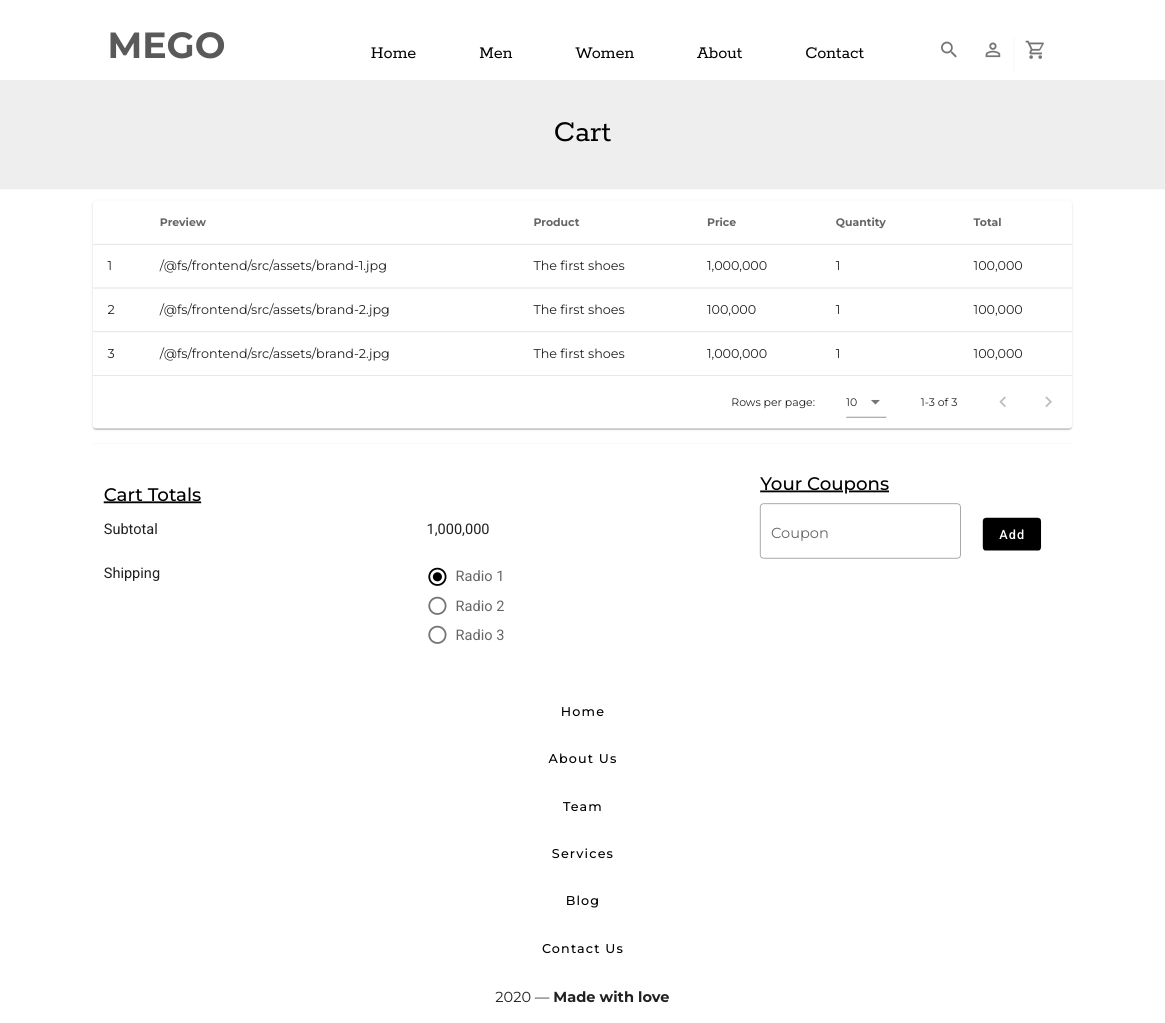
Repository: nguyenphuong152/shoesstore
Page: /cart (app in frontend/)
The author's editor kept a copy of each file at every save. The page is drawn from the files as they stood at one save, then again after the next save.
The browser window is 1280 px wide. The pictures show the whole page, at 91% of full size.
The project was rebuilt for these pictures with package versions that can differ from the ones it lists, and the page was loaded fresh each time. Also part of the build but not shown: frontend/vue.config.js, frontend/src/components/Customer/Collection.vue, frontend/src/components/Customer/Banner.vue, frontend/src/components/Customer/BestSeller.vue, frontend/src/components/Customer/Partner.vue, frontend/src/views/Customer/Home.vue, frontend/src/components/Customer/ProductCategory.vue, frontend/src/components/Customer/ProductView.vue and 10 more. Imported but missing from the stored project, and not drawn on this page: frontend/src/views/Admin/Category.vue, frontend/src/views/Admin/ManageProduct.vue, frontend/src/views/Admin/ManageUser.vue, frontend/src/views/Admin/OrderList.vue.

Above is the page before, as saved 2020-11-28 20:31:31.

### frontend/public/index.html
<!DOCTYPE html>
<html lang="en">
  <head>
    <meta charset="utf-8">
    <head>
      <title>MEGO</title>
    </head>
    <meta http-equiv="X-UA-Compatible" content="IE=edge">
    <meta name="viewport" content="width=device-width,initial-scale=1.0">
    <link rel="icon" href="<%= BASE_URL %>favicon.ico">
    <title><%= htmlWebpackPlugin.options.title %></title>
    <link href="https://fonts.googleapis.com/css?family=Montserrat:300,400,500,600,700" rel="stylesheet">
    <link href="https://fonts.googleapis.com/css?family=Rokkitt:100,300,400,700" rel="stylesheet">
    <link rel="stylesheet" href="https://fonts.googleapis.com/css?family=Roboto:100,300,400,500,700,900">
    <link rel="stylesheet" href="https://cdn.jsdelivr.net/npm/@mdi/font@latest/css/materialdesignicons.min.css">
  </head>
  <body>
    <noscript>
      <strong>We're sorry but <%= htmlWebpackPlugin.options.title %> doesn't work properly without JavaScript enabled. Please enable it to continue.</strong>
    </noscript>
    <div id="app"></div>
    <!-- built files will be auto injected -->
  </body>
</html>

### frontend/src/main.js
import Vue from 'vue'
import App from './App.vue'
import vuetify from './plugins/vuetify';
import router from './router'
import '../sass/style.scss'
import 'bootstrap/dist/css/bootstrap.css'
import 'bootstrap-vue/dist/bootstrap-vue.css'
import { BootstrapVue, IconsPlugin } from 'bootstrap-vue'

Vue.use(BootstrapVue)
// Optionally install the BootstrapVue icon components plugin
Vue.use(IconsPlugin)
Vue.config.productionTip = false

new Vue({
  vuetify,
  router,
  render: h => h(App)
}).$mount('#app')

### frontend/src/App.vue
<template>
  <v-app app>
    <v-container v-if="!['Admin', 'Banner', 'Category','Product','ManageUser','OrderList','Dashboard'].includes($route.name)">
      <Toolbar />
    </v-container>
    <v-main>
      <router-view></router-view>
    </v-main>
      <Footer v-if="!['Admin', 'Banner', 'Category','Product','ManageUser','OrderList','Dashboard'].includes($route.name)"/>
  </v-app>

</template>

<script>

import Footer from "./components/Customer/Footer";
import Toolbar from "./components/Customer/Toolbar";

export default {
  name: "App",

  components: {
    Toolbar,
    Footer
  },

  data: () => ({
    //
  }),
};
</script>

### frontend/src/plugins/vuetify.js
import Vue from 'vue';
import Vuetify from 'vuetify/lib';


Vue.use(Vuetify);

const vuetify = new Vuetify({
    theme: {
      themes: {
        light: {
          primary: '#000',
          secondary: '#b0bec5',
          accent: '#8c9eff',
          error: '#b71c1c',
        },
      },
    },
  })

export default new Vuetify({
    vuetify,
});

### frontend/src/router/index.js
import Vue from "vue";
import VueRouter from "vue-router";
import Home from "../views/Customer/Home.vue";
import Men from "../views/Customer/Men.vue";
import Women from "../views/Customer/Women.vue";
import Admin from "../views/Admin/Admin.vue";
import Product from "../views/Admin/ManageProduct.vue";
import Banner from "../views/Admin/Banner.vue";
import Category from "../views/Admin/Category.vue";
import ManageUser from "../views/Admin/ManageUser.vue";
import OrderList from "../views/Admin/OrderList.vue";
import Dashboard from "../views/Admin/Dashboard.vue"
//import ProductDetail from "../views/ProductDetail.vue"

Vue.use(VueRouter);

const routes = [
  {
    path: "/",
    name: "Home",
    component: Home,
  },
  {
    path: "/men",
    name: "Men",
    component: Men,
  },
  {
    path: "/women",
    name: "Women",
    component: Women,
  },
  {
    path: "/about",
    name: "About",
    // route level code-splitting
    // this generates a separate chunk (about.[hash].js) for this route
    // which is lazy-loaded when the route is visited.
    component: () =>
      import(/* webpackChunkName: "about" */ "../views/Customer/About.vue"),
  },
  {
    path: "/contact",
    name: "Contact",
    component: () =>
      import(/* webpackChunkName: "about" */ "../views/Customer/Contact.vue"),
  },
  {
    path: "/cart",
    name: "Cart",
    component: () =>
      import(/* webpackChunkName: "about" */ "../views/Customer/Cart.vue"),
  },
  {
    path: "/account",
    name: "Account",
    component: () =>
      import(/* webpackChunkName: "about" */ "../views/Customer/Account.vue"),
  },
  {
    path: "/userlogin",
    name: "UserLogin",
    component: () =>
      import(/* webpackChunkName: "about" */ "../views/Customer/UserLogin.vue"),
  },
  {
    path: "/checkout",
    name: "Checkout",
    component: () =>
      import(/* webpackChunkName: "about" */ "../views/Customer/Checkout.vue"),
  },
  {
    path: "/product/:id",
    name: "ProductDetail",
    component: () =>
      import(/* webpackChunkName: "about" */ "../views/Customer/ProductDetail.vue"),
  },
  {
    path: "/admin",
    name: "Admin",
    component: Admin,
    children: [
      {
        path: "/banner",
        name: "Banner",
        component: Banner,
      },
      {
        path: "/category",
        name: "Category",
        component: Category,
      },
      {
        path: "/product",
        name: "Product",
        component: Product,
      },
      {
        path: "/manageuser",
        name: "ManageUser",
        component: ManageUser,
      },
      {
        path: "/orderlist",
        name: "OrderList",
        component: OrderList,
      },
      {
        path: "/dashboard",
        name: "Dashboard",
        component: Dashboard,
      },
    ],
  },
];

const router = new VueRouter({
  mode: "history",
  base: process.env.BASE_URL,
  routes,
});

export default router;

### frontend/sass/style.scss

$font-primary: 'Montserrat',
Arial,
sans-serif;
$font-secondary: 'Rokkitt',
Georgia,
serif;


@import '~vuetify/src/styles/styles.sass';

// Overrides
$grid-gutter-width: 20px !default;
$border-radius-base: 4px !default;
$padding-base-vertical: 14px !default;

$brand-primary: #616161 !default;
$brand-secondary: #88c8bc !default;
$brand-yellow: #FFDD00 !default;
$brand-footer-color: #2C2E3E;

$brand-white: #fff;
$brand-black: #000;
$brand-darker: #444;
$brand-gray: #ccc;
$brand-lighter: #e9e9e9;
$brand-body-color: #e8e8e8;
$brand-selection-color: #f9f6f0;
$brand-overlay-color: #4c4a8a;
$brand-bg-color: $brand-white;

.v-btn {
  text-transform:none !important;
}
// .v-text-field{
//   width: 50px;
//   height: 10px;
// }

#app {
  -webkit-font-smoothing: antialiased;
  -moz-osx-font-smoothing: grayscale;

  text-align: center;
  .container {
    max-width: 1100px;
  }
  font: 300
}

.nav {
  padding-left: 0px;
  a {
    font-size: 20px;
    color: lighten($brand-black,35%);
    font-family: $font-secondary;
    text-decoration: none;
    font-weight: 500;
    &.router-link-exact-active {
      color: #42b983;
    }

  }
}

#logo {
  font-size: 40px;
  font-weight: 700;
  font-family: $font-primary;
  color: lighten($brand-black, 35%);
}


.slogan {
  font-size: 50px;
  color: #2c3e50;
  font-family: $font-secondary;
  text-decoration: none;
}

.title-collection{
  @extend .slogan;
  font-size: 25px;
}


.slogan-3 {
  @extend .slogan;
  font-size: 35px;
}

.title-shoes {
  @extend .slogan;
  font-size: 20px;
}


.footer-text {
  font-family:$font-primary;
  font-size: 16px;
}

.admin {
  font-family: $font-primary;
  font-size:16px;
}

.admin-nav {
  font-family: $font-primary !important;
  font-size: 20px !important;
  color: white !important;
}

### frontend/src/components/Customer/Footer.vue
<template>
  <v-footer class="white" padless>
    <v-row justify="center" no-gutters>
      <v-btn
        v-for="link in links"
        :key="link"
        color="black"
        text
        rounded
        class="my-2 footer-text"
      >
        {{ link }}
      </v-btn>
      <v-col class="white py-4 text-center fluid footer-text" cols="12">
        {{ new Date().getFullYear() }} — <strong>Made with love</strong>
      </v-col>
    </v-row>
  </v-footer>
</template>

<script>
export default {
  data: () => ({
    links: ["Home", "About Us", "Team", "Services", "Blog", "Contact Us"],
  }),
};
</script>

<style></style>

### frontend/src/components/Customer/Toolbar.vue
<template>
  <v-toolbar flat>
    <v-row class="d-flex align-baseline">
      <v-col cols="3" class="d-flex justify-lg-start">
        <v-toolbar-title id="logo">MEGO</v-toolbar-title>
      </v-col>
      <v-col class="d-flex justify-space-around text-start nav">
        <router-link to="/">Home</router-link>
        <router-link to="/men">Men</router-link>
        <router-link to="/women">Women</router-link>
        <router-link to="/about">About</router-link>
        <router-link to="/contact">Contact</router-link>
      </v-col>
      <v-col cols="2" class="d-flex justify-end">
        <v-btn icon>
          <v-icon>mdi-magnify</v-icon>
        </v-btn>
        <v-menu
          open-on-hover
          top
          offset-y
          :position-x="960"
          :position-y="230"
          absolute
        >
          <template v-slot:activator="{ on, attrs }">
            <v-btn icon v-bind="attrs" v-on="on">
              <v-icon>mdi-account-outline</v-icon>
            </v-btn>
          </template>

          <v-list class="text-start nav">
            <v-list-item v-for="(item, index) in routes" :key="index" :to="item.path">
              <v-list-item-title>{{ item.name }}</v-list-item-title>
            </v-list-item>
          </v-list>
        </v-menu>
        <v-divider vertical inset></v-divider>
        <v-btn icon @click="goToCart">
          <v-icon>mdi-cart-outline</v-icon>
        </v-btn>
      </v-col>
    </v-row>
  </v-toolbar>
</template>

<script>
export default {
  data: () => ({
    routes: [
      {
        path:"/checkout",
        name:"Check Out"
       },
       {
        path:"/account",
        name:"My Account"
       },
       {
        path:"/userlogin",
        name:"User Login"
       },

    ],
  }),
  methods: {
     goToCart: function() {
     this.$router.push({name: 'Cart'})
     }
  }
};
</script>

<style></style>

### frontend/src/views/Customer/Cart.vue
<template>
  <div class="cart app">
    <v-sheet color="grey lighten-3" height="120">
      <v-container py-8>
        <a class="slogan-3">Cart</a>
      </v-container>
    </v-sheet>
    <div>
      <v-container>
        <totalProducts />
        <v-divider></v-divider>
        <v-row class="d-flex justify-start">
          <v-col>
            <cartTotals />
          </v-col>
          <v-col cols="4">
            <addCoupons />
          </v-col>
        </v-row>
      </v-container>
    </div>
  </div>
</template>

<script>
import totalProducts from "../../components/Customer/TotalProducts";
import addCoupons from "../../components/Customer/AddCoupon";
import cartTotals from "../../components/Customer/CartTotal";

export default {
  components: { totalProducts, addCoupons, cartTotals },
  data() {},
};
</script>

### frontend/src/components/Customer/TotalProducts.vue
<template>

      <v-data-table :headers="headers" :items="products" class="elevation-1 admin">
        <template v-slot:item.preview>
          <v-img
            lazy-src="item.path"
            max-height="100"
            max-width="100"
            src="'item.path'"
          ></v-img>
        </template>
      </v-data-table>


</template>

<script>
export default {
  data() {
    return {
      headers: [
        {
          text: "",
          align: "start",
          sortable: false,
          value: "id",
        },
        { text: "Preview", value: "path" },
        { text: "Product", value: "name" },
        { text: "Price", value: "price" },
        { text: "Quantity", value: "quantity" },
        { text: "Total", value: "total" },
      ],
      products: [
        {
          id: 1,
          path: require('../../assets/brand-1.jpg'),
          name: "The first shoes",
          price: Intl.NumberFormat('en-EN', { maximumSignificantDigits: 3 }).format(1000000),
          quantity: 1,
          total: Intl.NumberFormat('en-EN', { maximumSignificantDigits: 3 }).format(100000),
        },
        {
          id: 2,
          path: require('../../assets/brand-2.jpg'),
          name: "The first shoes",
          price:Intl.NumberFormat('en-EN', { maximumSignificantDigits: 3 }).format(100000),
          quantity: 1,
          total: Intl.NumberFormat('en-EN', { maximumSignificantDigits: 3 }).format(100000)
        },
        {
         id: 3,
          path: require('../../assets/brand-2.jpg'),
          name: "The first shoes",
          price: Intl.NumberFormat('en-EN', { maximumSignificantDigits: 3 }).format(1000000),
          quantity: 1,
          total:Intl.NumberFormat('en-EN', { maximumSignificantDigits: 3 }).format(100000),
        },
      ],
    };
  },
};
</script>

<style></style>

### frontend/src/components/Customer/AddCoupon.vue
<template>
  <div class="app text-start">
      <a class="admin-nav font-weight-medium black--text">Your Coupons</a>
      <v-row class="d-flex align-baseline">
           <v-col
          cols="8"
        >
          <v-text-field
          class="admin"
            label="Coupon"
            outlined
          ></v-text-field>
        </v-col>
         <v-col
        >
           <v-btn
      depressed
      color="primary"
    >
      Add
    </v-btn>
        </v-col>
      </v-row>
  </div>
</template>

<script>
export default {

}
</script>

<style>

</style>

### frontend/src/components/Customer/CartTotal.vue
<template>
  <v-container class="text-start">
    <a class="admin-nav font-weight-medium black--text">Cart Totals</a>
    <v-row>
      <v-col>
        <a> Subtotal</a>
      </v-col>
      <v-col>
        <a>{{
          Intl.NumberFormat("en-EN", { maximumSignificantDigits: 3 }).format(
            1000000
          )
        }}</a>
      </v-col>
    </v-row>
    <v-row>
      <v-col>
        <a> Shipping</a>
      </v-col>
      <v-col>
        <v-radio-group v-model="radioGroup" class="d-flex justify-end ma-0">
          <v-radio
            v-for="n in 3"
            :key="n"
            :label="`Radio ${n}`"
            :value="n"
          ></v-radio>
        </v-radio-group>
      </v-col>
    </v-row>
  </v-container>
</template>

<script>
export default {
  data() {
    return {
      radioGroup: 1,
    };
  },
};
</script>

<style></style>

After the next save:
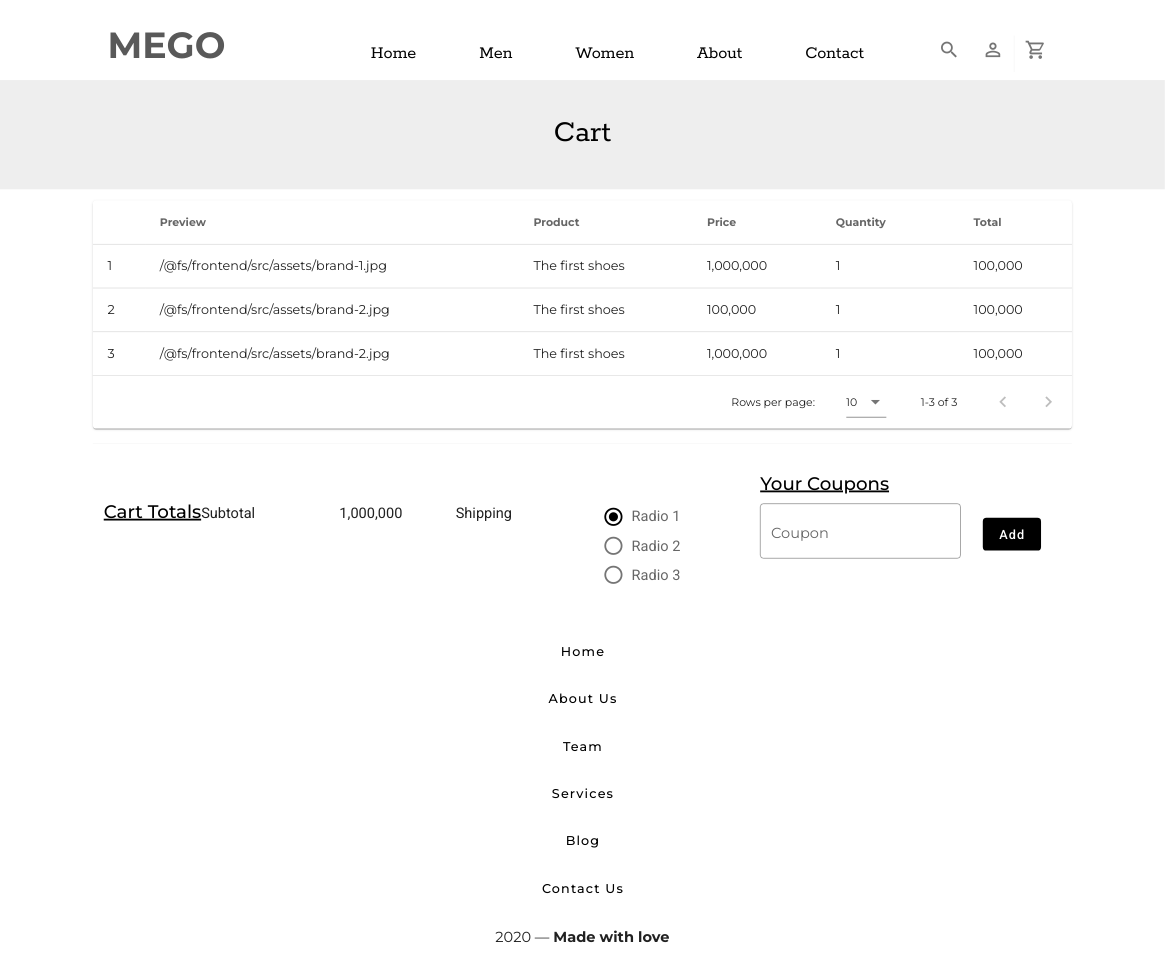
Saved 49 s later.
--- a/frontend/src/components/Customer/CartTotal.vue
+++ b/frontend/src/components/Customer/CartTotal.vue
@@ -1,5 +1,5 @@
 <template>
-  <v-container class="text-start">
+  <v-container class="text-start d-flex align-baseline">
     <a class="admin-nav font-weight-medium black--text">Cart Totals</a>
     <v-row>
       <v-col>
